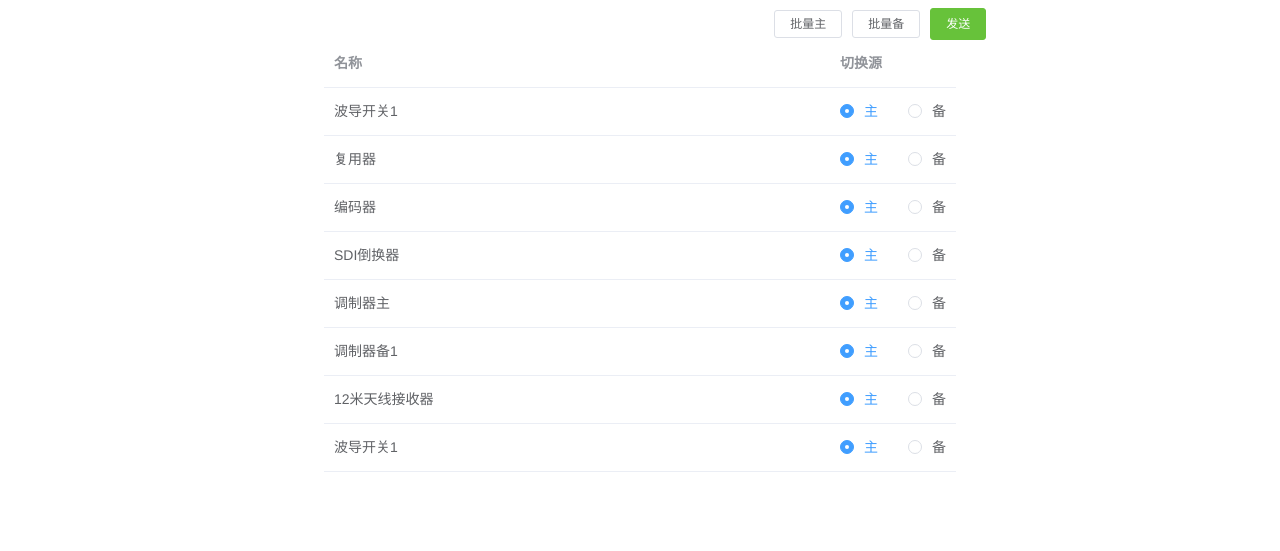
Repository: faintout/BHMQTTSendTool
Page: /
An editor plug-in stored every save of this project. The page is shown before and after the next save, followed by the edit.
The browser window is 1280 px wide. The pictures show the whole page.
The project was rebuilt for these pictures with package versions that can differ from the ones it lists, and the page was loaded fresh each time. Also part of the build but not shown: vue.config.js.

Above is the page before, as saved 2020-08-26 15:15:17.

After the next save:
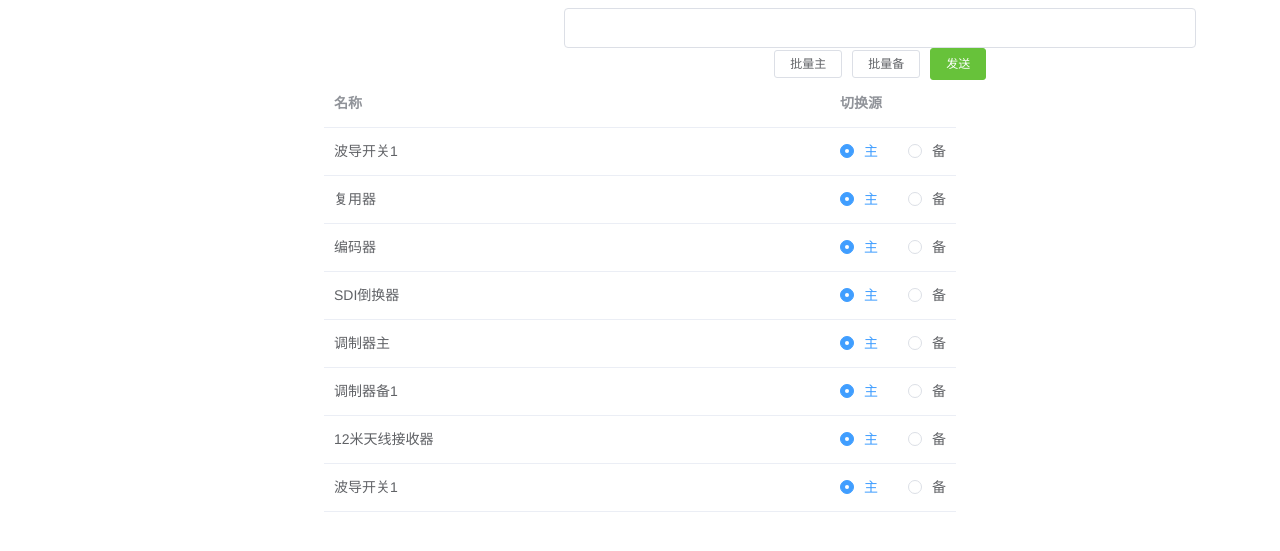
Saved 3 min 24 s later.
--- a/src/views/Home.vue
+++ b/src/views/Home.vue
@@ -3,6 +3,7 @@
         <title></title>
         <!-- 按钮模块 -->
         <div style="position: relative;left: calc(50% - 6%);width: 50%;">
+            <el-input></el-input>
             <el-button size="mini" @click="batch(0)">批量主</el-button>
             <el-button size="mini" @click="batch(1)">批量备</el-button>
             <el-button type="success" size="small" @click="sendData">发送</el-button>
